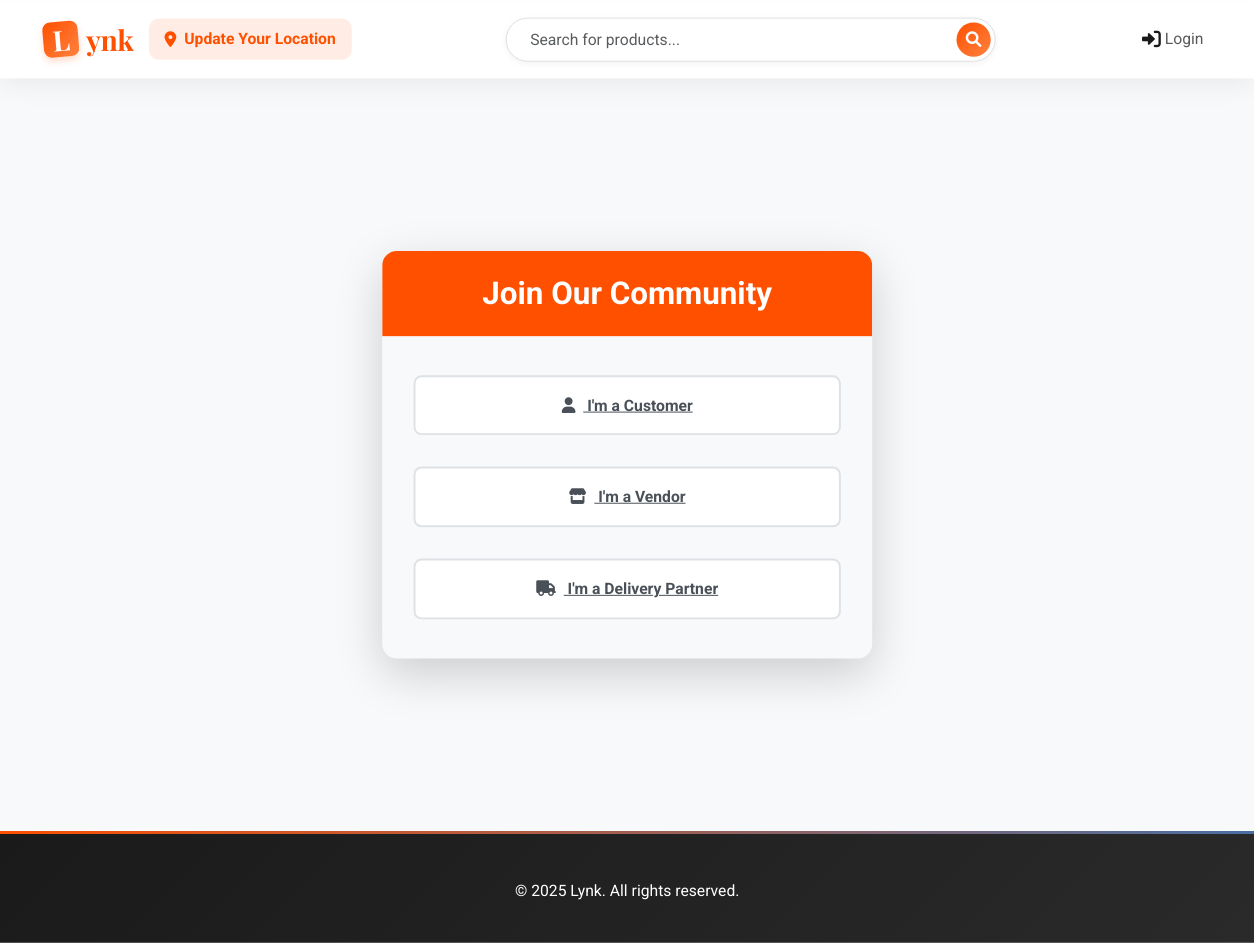
Repository: mustafamagdym5/Lynk
Page: users/templates/users/register_home.html
The author's editor kept a copy of each file at every save. The page is drawn from the files as they stood at one save, then again after the next save.
The browser window is 1280 px wide. The pictures show the whole page, at 98% of full size.
The template is drawn by Django 4.2. The application's start-up code is not run. The template is opened directly, without the code that normally fills it, so the values that code supplies are empty.

Above is the page before, as saved 2025-04-30 20:38:18.

After the next save:
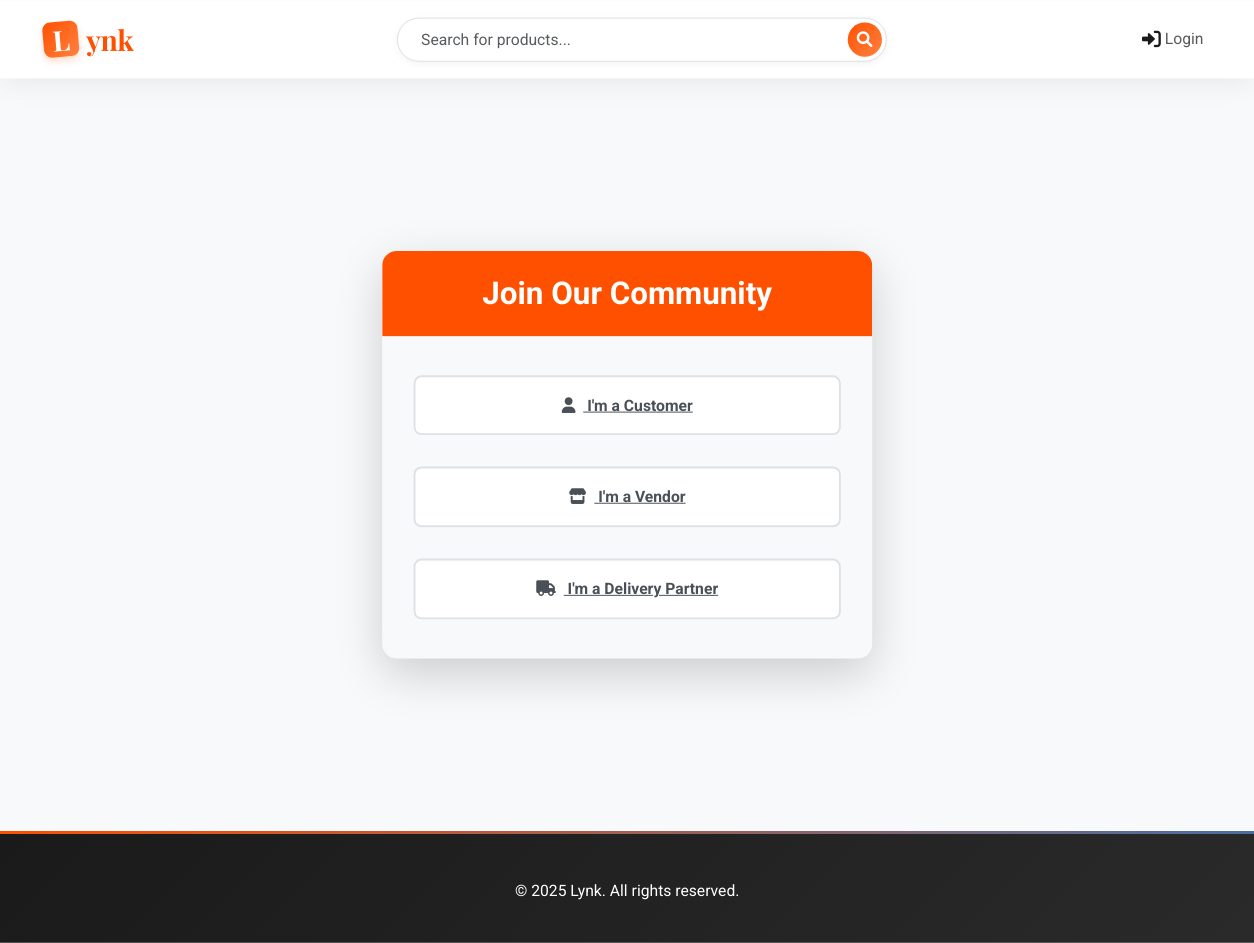
Saved 14 s later.
--- a/lynk/users/templates/users/register_home.html
+++ b/lynk/users/templates/users/register_home.html
@@ -1,4 +1,7 @@
 {% extends 'base.html' %}
+
+{% block location %}
+{% endblock location %}
 
 {% block content %}
 <style>
